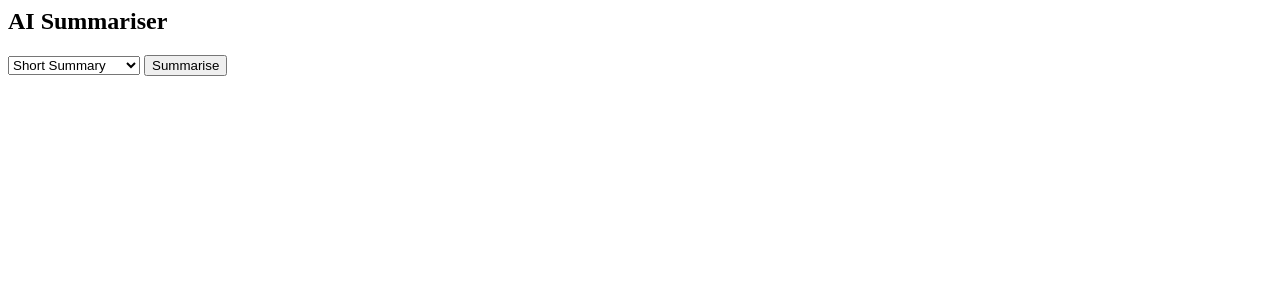
Repository: hisana-nazeer/AI-Summariser
Page: popup.html
The author's editor kept a copy of each file at every save. The page is drawn from the files as they stood at one save, then again after a run of saves.
The browser window is 1280 px wide. The pictures show the whole page.

Above is the page before, as saved 2025-09-22 13:22:35.

After the next 3 saves:
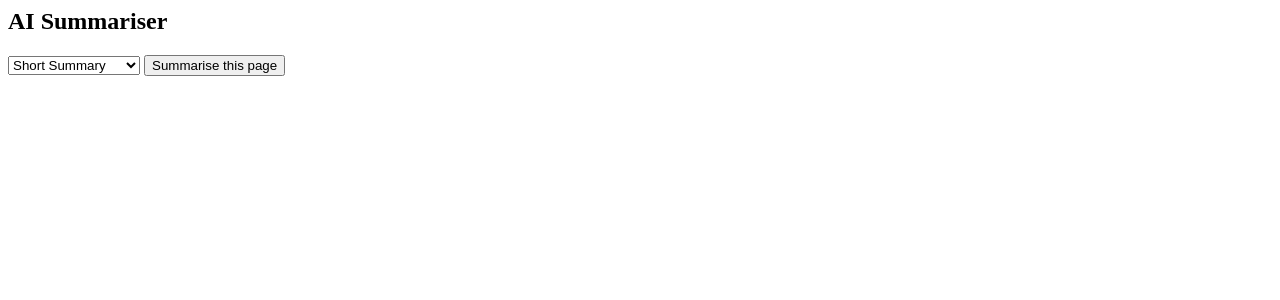
The 3 saves are shown as one change because they came seconds apart.
The last was saved 16 s later.
--- a/popup.html
+++ b/popup.html
@@ -7,7 +7,7 @@
             <option value="detailed">Detailed Summary</option>
             <option value="bullet-points">Bullet Points</option>
         </select>
-        <button id="summarise-button">Summarise</button>
+        <button id="summarise-button">Summarise this page</button>
        </div>
      </body>
 </html>
